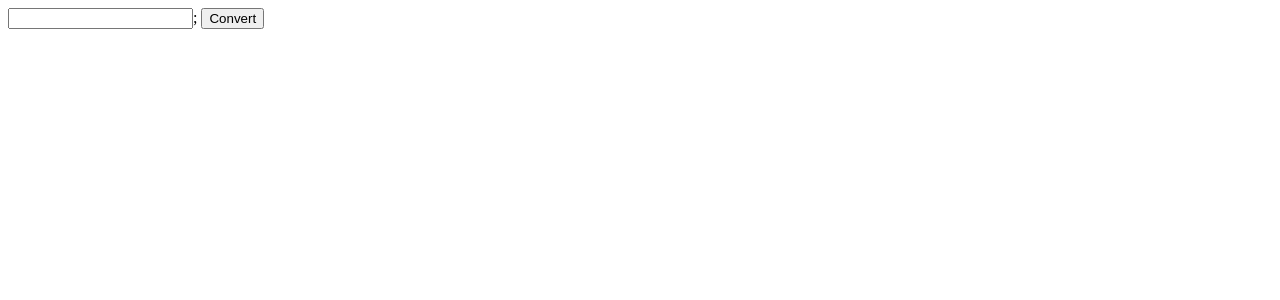
Repository: NGUYEN112/Module2
Page: http://localhost/
The author's editor kept a copy of each file at every save. The page is drawn from the files as they stood at one save, then again after the next save.
The browser window is 1280 px wide. The pictures show the whole page.
The page is run by PHP 8.4 with error messages shown; the project is at /var/www/html/.

Above is the page before, as saved 2021-01-15 14:50:05.

### bai5-docso/index.php
<!DOCTYPE html>
<html lang="en">

<head>
    <meta charset="UTF-8">
    <meta name="viewport" content="width=device-width, initial-scale=1.0">
    <title>Document</title>
</head>

<body>
    <form method="post">
        <input type="number" name="number">;
        <input type="submit" value="Convert">
    </form>
    <?php
    if ($_SERVER["REQUEST_METHOD"] == "POST") {
        $number = $_POST["number"];
        $length = strlen($number);

    function smallnum($number)
    {
        switch ($number) {
            case 0:
                return "Zero";
            case 1:
                return "One";
            case 2:
                return "Two";
            case 3:
                return "Three";
            case 4:
                return "Four";
            case 5:
                return "Five";
            case 6:
                return "Six";
            case 7:
                return "Seven";
            case 8:
                return "Eight";
            case 9:
                return "Nine";
        }
        return;
    }
    function mediumnum($number)
    {
        if ($length == 1) {
            echo smallnum($number);
        } elseif ($length == 2) {
            switch ($number[0]) {
                case 1:
                    if (smallnum($number[1]) == "Zero") {
                        return "Ten";
                    } elseif (smallnum($number[1]) == "One") {
                        return "Eleven";
                    } elseif (smallnum($number[1]) == "Two") {
                    }
            }
        }
        return;
    }
    mediumnum($number);
}
    ?>
</body>

</html>

After the next save:
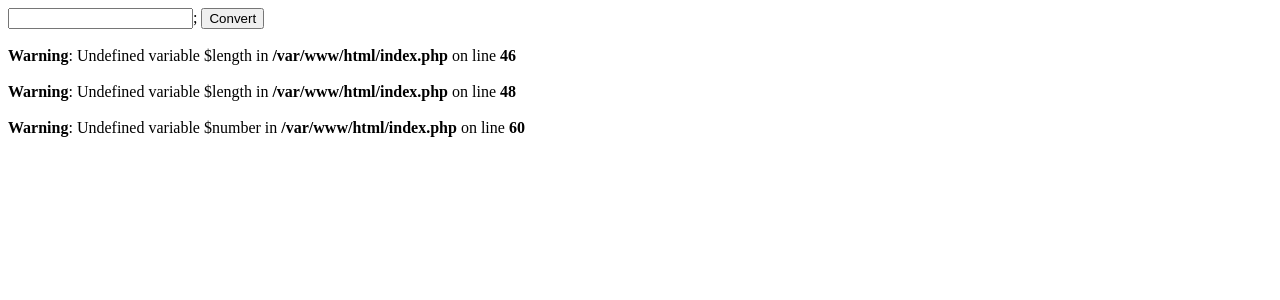
Saved 53 s later.
--- a/bai5-docso/index.php
+++ b/bai5-docso/index.php
@@ -16,52 +16,48 @@
     if ($_SERVER["REQUEST_METHOD"] == "POST") {
         $number = $_POST["number"];
         $length = strlen($number);
-
-    function smallnum($number)
-    {
-        switch ($number) {
-            case 0:
-                return "Zero";
-            case 1:
-                return "One";
-            case 2:
-                return "Two";
-            case 3:
-                return "Three";
-            case 4:
-                return "Four";
-            case 5:
-                return "Five";
-            case 6:
-                return "Six";
-            case 7:
-                return "Seven";
-            case 8:
-                return "Eight";
-            case 9:
-                return "Nine";
+    }
+        function smallnum($number)
+        {
+            switch ($number) {
+                case 0:
+                    return "Zero";
+                case 1:
+                    return "One";
+                case 2:
+                    return "Two";
+                case 3:
+                    return "Three";
+                case 4:
+                    return "Four";
+                case 5:
+                    return "Five";
+                case 6:
+                    return "Six";
+                case 7:
+                    return "Seven";
+                case 8:
+                    return "Eight";
+                case 9:
+                    return "Nine";
+            }
+            return;
         }
-        return;
-    }
-    function mediumnum($number)
-    {
         if ($length == 1) {
             echo smallnum($number);
-        } elseif ($length == 2) {
-            switch ($number[0]) {
-                case 1:
-                    if (smallnum($number[1]) == "Zero") {
+        }elseif ($length == 2){
+             switch ($number[0]) {
+                 case 1:
+                    if (smallnum($number[1]) == "Zero"){
                         return "Ten";
-                    } elseif (smallnum($number[1]) == "One") {
+                    }elseif (smallnum($number[1]) == "One"){
                         return "Eleven";
-                    } elseif (smallnum($number[1]) == "Two") {
+                    }elseif (smallnum($number[1]) == "Two"){
+
                     }
-            }
-        }
-        return;
-    }
-    mediumnum($number);
+             }
 }
+echo $number;
     ?>
 </body>
 
